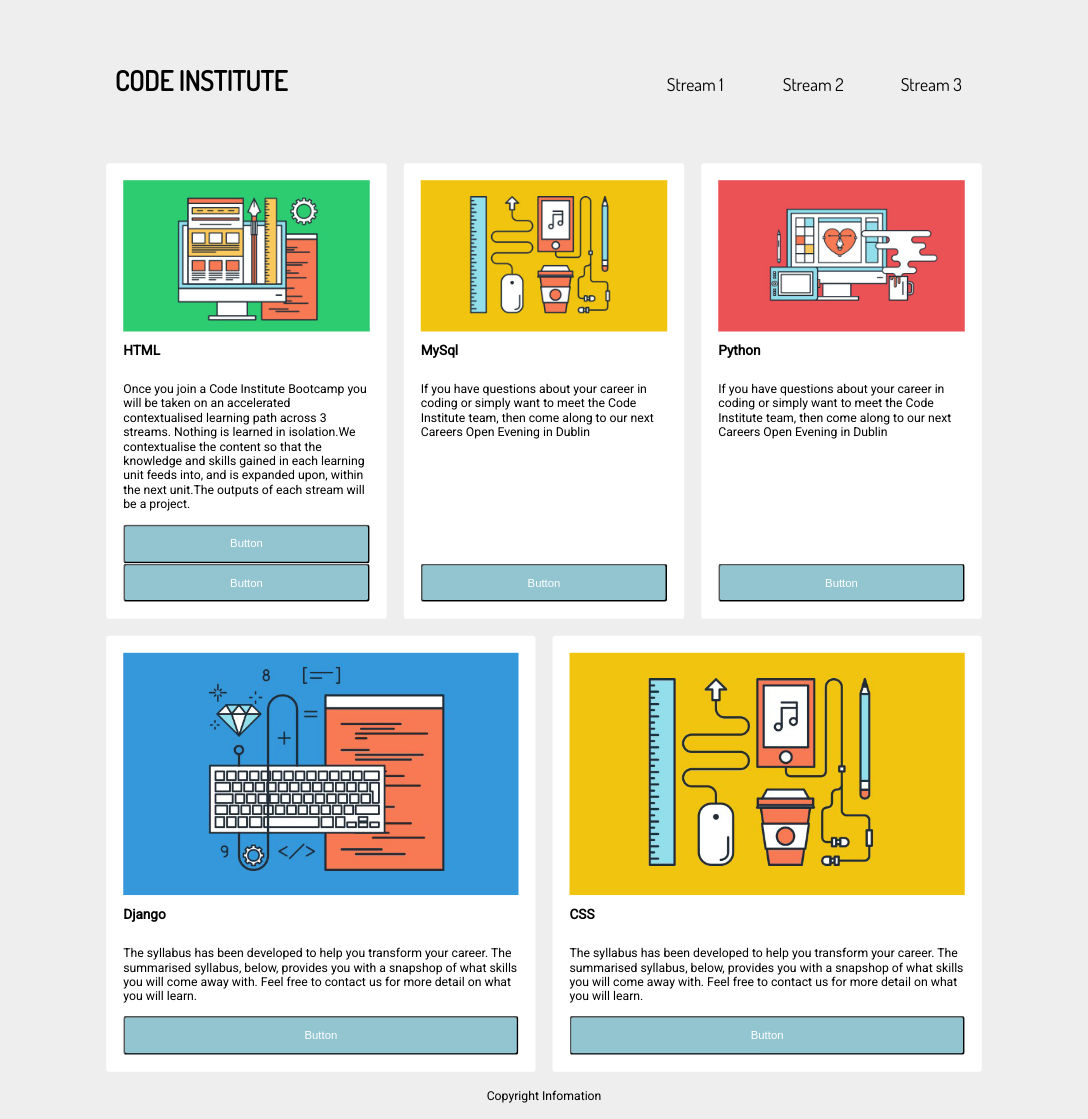
Repository: SOliv1/jquery-events
Page: index.html
The author's editor kept a record of every edit. The page is drawn from the files as they stood at one moment, then again after the next edit.
The browser window is 1280 px wide. The pictures show the whole page, at 85% of full size.
Some web libraries are served in a nearby version.

Above is the page before.

After the next edit:
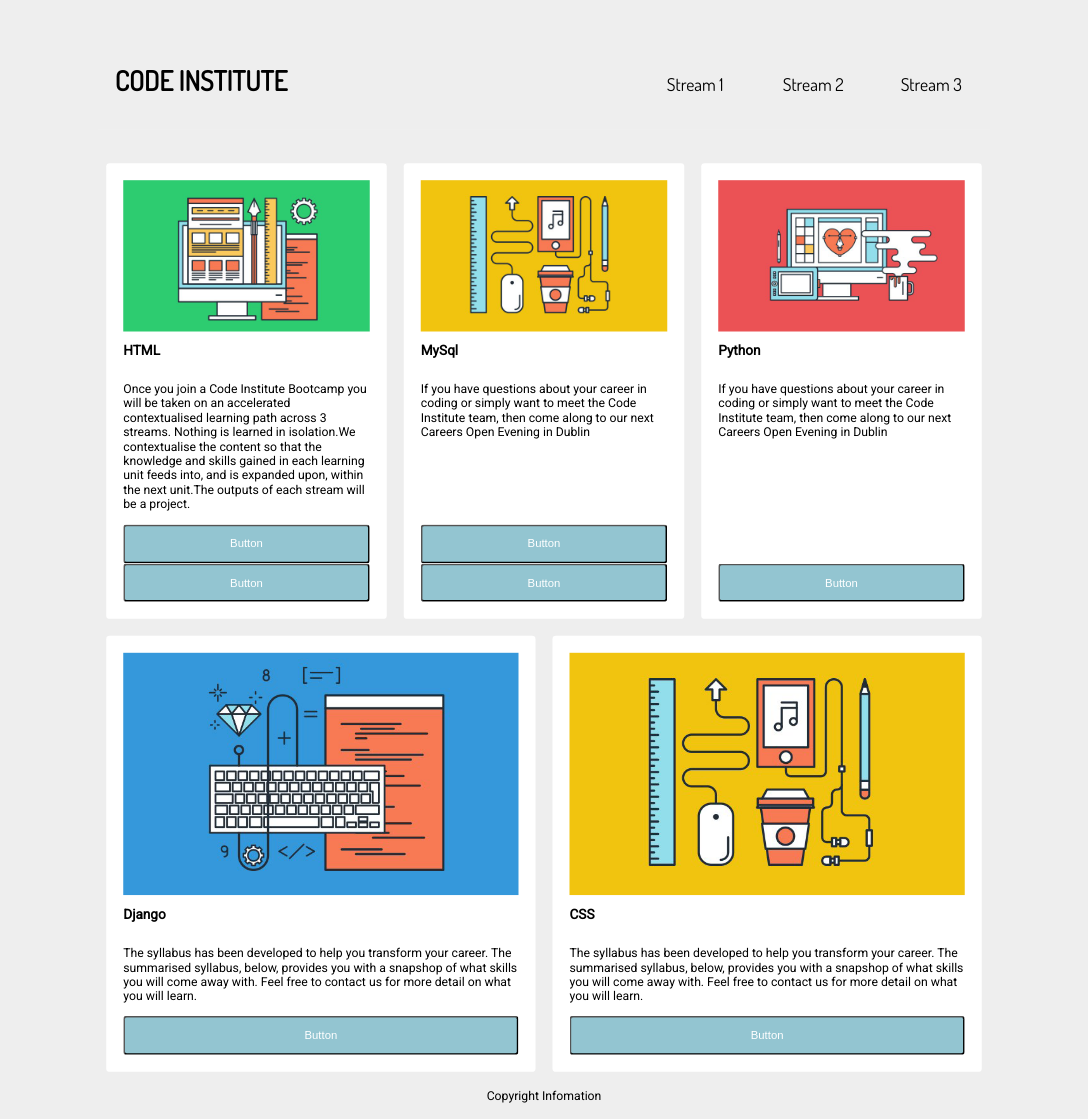
The edit:
--- a/index.html
+++ b/index.html
@@ -33,6 +33,7 @@
             <h2 class="card_head">MySql</h2>
             <p class="card_para">If you have questions about your career in coding or simply want to meet the Code Institute team, then come along to our next Careers Open Evening in Dublin</p>
             <button class="bottom_button">Button</>
+            <button id="button_effects2" class="bottom_button">Button</button>
             </div>
         <div class="card stream2">
             <img class="card_image" src="img/2.png" alt="coding icon">
